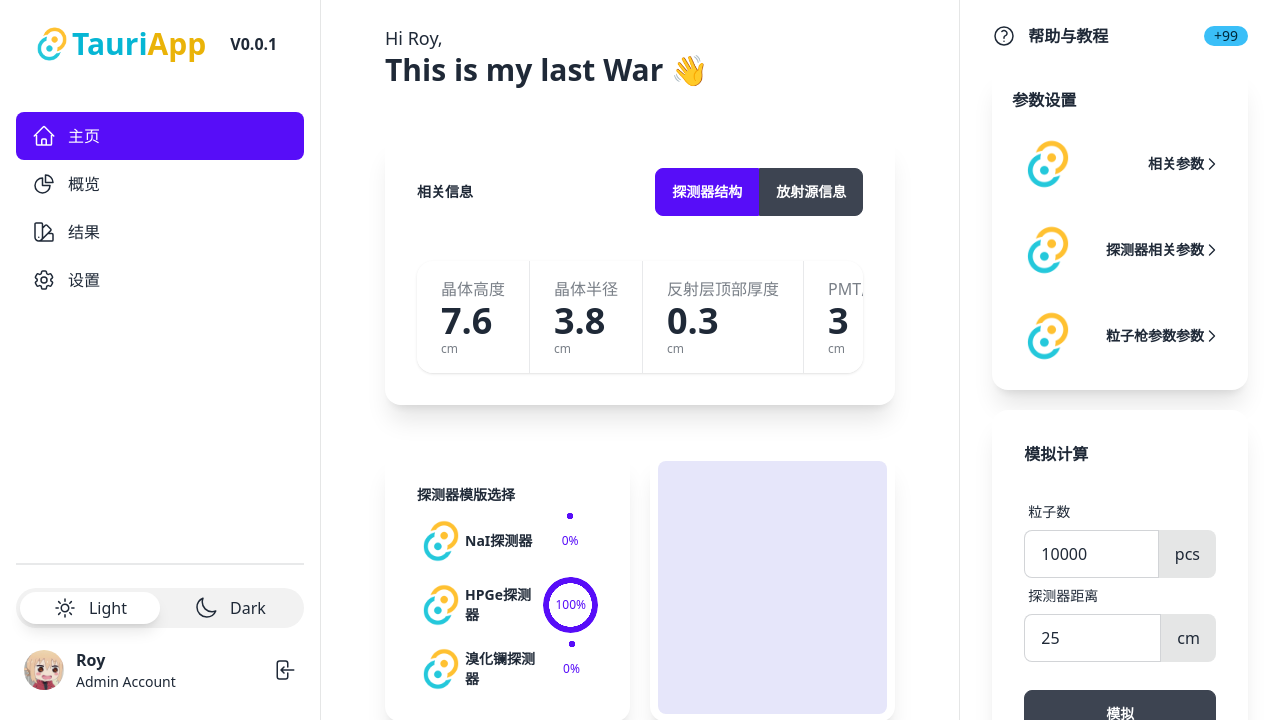
Repository: XMZOVO/tauri-geant4
Page: /
These files come from the project's save history. The page is drawn as it stood at one moment and after the next save; the edit follows.
The browser window is 1280 px wide. The pictures show the whole page.
The page's requests for data from a server got no answer. An inner scrolling area shows only its first screen. The project was rebuilt for these pictures with package versions that can differ from the ones it lists, and the page was loaded fresh each time. No one was signed in, and anything a server would have sent is missing. Also part of the build but not shown: vite.config.ts.

Above is the page before, as saved 2022-09-11 18:56:12.

After the next save:
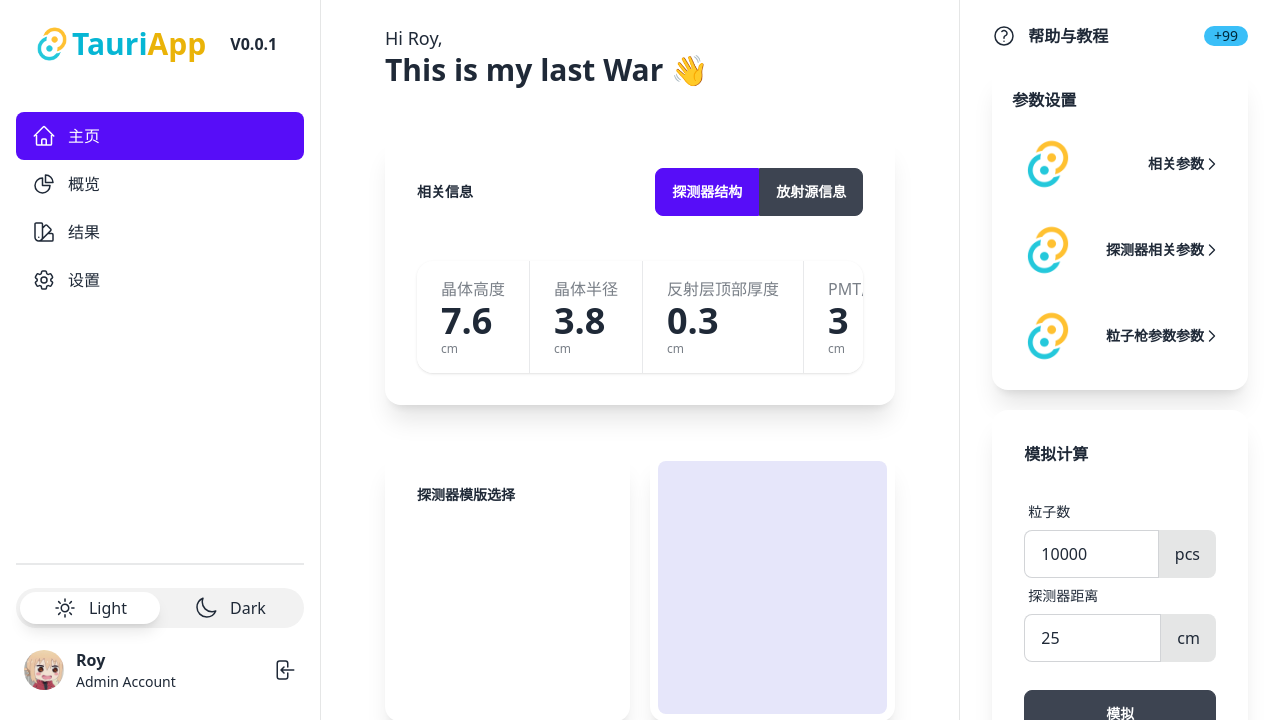
Saved 83 s later.
--- a/src/components/Home.vue
+++ b/src/components/Home.vue
@@ -35,7 +35,7 @@ const radioactiveProperties = ref([
   { name: "4", value: 0.02, unit: "" },
   { name: "5", value: 10, unit: "" },
 ]);
-const overflowParam = ref([
+const detectorList = ref([
   { name: "NaI探测器", percent: 0 },
   { name: "HPGe探测器", percent: 100 },
   { name: "溴化镧探测器", percent: 0 },

After the save that followed:
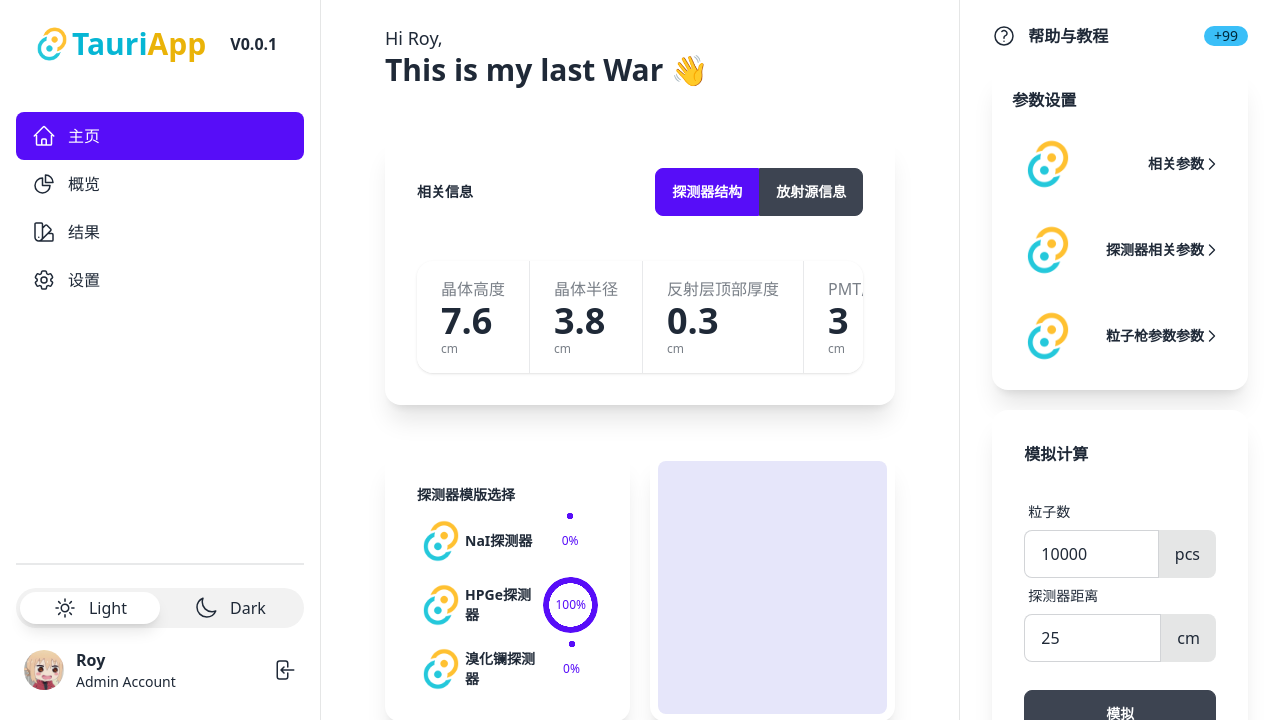
Saved 7 s later.
--- a/src/components/Home.vue
+++ b/src/components/Home.vue
@@ -180,7 +180,7 @@ const exitApp = async () => {
             <p class="text-sm font-semibold">探测器模版选择</p>
             <!-- item -->
             <div
-              v-for="item in overflowParam"
+              v-for="item in detectorList"
               class="flex items-center justify-between"
             >
               <img src="../assets/icon.png" class="h-12 w-12" />
